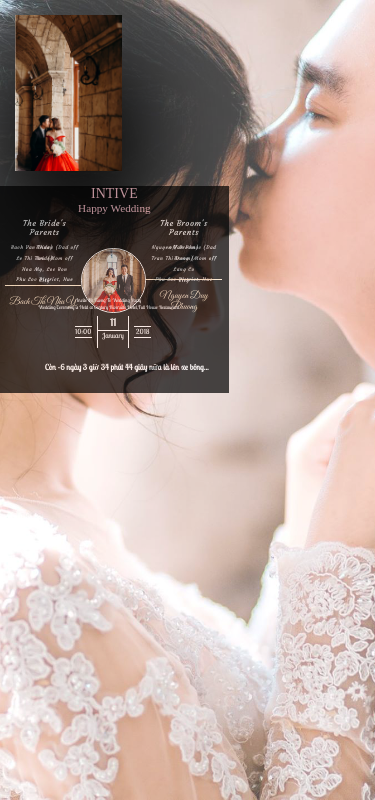
Repository: nguyenhuutuong999/WeddingOfSister
Page: wedding.html
These files come from the project's save history. The page is drawn as it stood at one moment and after the next save; the edit follows.
The browser window is 375 px wide. The pictures show the whole page.
Some web fonts or font styles are not loaded; a fallback is used.

Above is the page before, as saved 2019-09-16 20:47:04.

### wedding.html
<!doctype html>
<html>

<head>
    <meta charset="utf-8">
    <meta name="viewport" content="width=device-width, initial-scale=1">
    <title>Wedding</title>

    <!-- Latest compiled and minified CSS & JS -->

    <link rel="stylesheet" href="./style.css">


    <!-- Latest compiled and minified CSS & JS -->
    <link rel="stylesheet" media="screen" href="//netdna.bootstrapcdn.com/bootstrap/3.3.4/css/bootstrap.min.css">
    <script src="//code.jquery.com/jquery.js"></script>
    <script src="//netdna.bootstrapcdn.com/bootstrap/3.3.4/js/bootstrap.min.js"></script>

    <link rel="stylesheet" href="./animate.css">
    <script type="text/javascript" src="./wow.min.js"></script>
    <script>
        new WOW().init();
    </script>

</head>


<body>
    <div id="container">
        <div id="opacity-background"></div>

        <div id="album">

            <img name="image_vh" src="./images/vh1.jpg" class="wow slideInLeft" data-wow-duration="1s">
        </div>
        <div id="content">
            <h1 id="invite">INTIVE</h1>
            <h2 id="happy">Happy Wedding</h2>
            <div id="infor">
                <div id="bride" class="wedding">
                    <!-- // <label>Le Thi Thanh Ngan</label> -->
                    <h3>The Bride's Parents</h3>
                    <p>Bach Van Thuan (Dad off Bride)</p>
                    <p>Le Thi Tam (Mom off Bride)</p>
                    <p>Hoa My, Loc Bon</p>
                    <p>Phu Loc District, Hue City</p>

                </div>
                <div id="broom" class="wedding">
                    <!--  -->
                    <h3>The Broom's Parents</h3>
                    <p>Nguyen Van Phuoc (Dad off Broom)</p>
                    <p>Tran Thi Dung (Mom off Broom)</p>
                    <p>Lang Co</p>
                    <p>Phu Loc District, Hue City</p>

                </div>
                <!-- <canvas id="myCanvas" width="470" height="300"></canvas> -->

            </div>
            <div id="colorful">
                <h2 style="margin-left: 0px;" class="name">Bach Thi Nhu Y</h2>
                <img name="image_s" id="radius" src="./images/s1.jpg" class="wow zoomIn" data-wow-duration="1s" />
                <h2 style="margin-left: 0px;" class="name">Nguyen Duy Phuong</h2>
            </div>
            <div id="desc">
                <div style="color: white; position: relative; margin-top: 38%;">Invite Mr.Tuong To Wedding Party</div>
                <div id="place">Wedding Ceremony is Held at Century Riverside Hotel,Full House Restaurant</div>
                <div id="time">
                    <div id="hour" class="border1">10:00</div>
                    <div id="day-month">
                        <div id="day">11</div>
                        <div id="month">January</div>
                    </div>
                    <div id="year" class="border1">2018</div>
                </div>

            </div>
            <p id="countDown"></p>
        </div>

</body>

</html>
<script type="text/javascript">
    window.onload = function () {

        setTimeout("switchImageVH()", 3000);
        setTimeout("switchImageS()", 2000);
        setTimeout("switchImageHH()", 2000);
    }
    var current_vh = 1;
    var num_image_vh = 13;

    var current_s = 1;
    var num_image_s = 7

    var current_hh = 1;
    var num_image_hh = 9;

    function switchImageVH() {
        current_vh++;
        document.images['image_vh'].src = './images/vh' + current_vh + '.jpg';

        if (current_vh < num_image_vh) {
            setTimeout("switchImageVH()", 3000);

        } else if (current_vh == num_image_vh) {

            current_vh = 1;
            setTimeout("switchImageVH()", 3000);
        }


    }
    function switchImageS() {
        current_s++;
        document.images['image_s'].src = './images/s' + current_s + '.jpg';

        if (current_s < num_image_s) {
            setTimeout("switchImageS()", 4000);

        } else if (current_s == num_image_s) {
            current_s = 1;
            setTimeout("switchImageS()", 4000);
        }
    }
    function switchImageHH() {
        current_hh++;
        document.images['image_s'].src = './images/s' + current_hh + '.jpg';

        if (current_hh < num_image_s) {
            setTimeout("switchImageS()", 4000);

        } else if (current_hh == num_image_s) {
            current_hh = 1;
            setTimeout("switchImageS()", 4000);
        }
    }


    var dateWedding = {

        date: 10,
        hour: 23,
        minutes: 59,
        second: 59,
    }

    setInterval(function () {
        var today = new Date();
        var date = "Còn " + (dateWedding.date - today.getDate()) + " ngày " + (dateWedding.hour - today.getHours()) + " giờ " + (dateWedding.minutes - today.getMinutes()) + " phút " + (dateWedding.second - today.getSeconds() + " giây nữa là lên xe bông...");
        document.getElementById("countDown").innerHTML = date;
    }, 1000);



    // var canvas = document.getElementById('myCanvas');
    // var context = canvas.getContext('2d');

    // // Xác đinh tâm là trọng tâm của Canvas
    // var x = canvas.width / 2;
    // var y = canvas.height / 2;

    // // bán kính 75px
    // var radius = 130;

    // // Góc bắt đầu là 1.1PI
    // var startAngle = 1.1 * Math.PI;

    // // Góc kết thúc là 1.9PI
    // var endAngle = 1.9 * Math.PI;

    // // Cùng chiều kim đồng hồ
    // var counterClockwise = false;

    // // Vẽ đường cung
    // context.beginPath();
    // context.arc(x, y, radius, startAngle, endAngle, counterClockwise);
    // context.lineWidth = 1.5;

    // // line color
    // context.strokeStyle = 'blanchedalmond';
    // context.stroke();


</script>

### style.css
@import url('https://fonts.googleapis.com/css?family=Great+Vibes&display=swap');
@import url('https://fonts.googleapis.com/css?family=Cookie&display=swap');
@import url('https://fonts.googleapis.com/css?family=Courgette&display=swap');
@import url('https://fonts.googleapis.com/css?family=Berkshire+Swash|Great+Vibes&display=swap');
@import url('https://fonts.googleapis.com/css?family=Lobster+Two&display=swap');
body,html{
    top:0;
    margin: 0;
    padding: 0;
    font-family: Impact, Haettenschweiler, 'Arial Narrow Bold', sans-serif;
    width: 100%;
    height: 100%;
}

#container{
    display: flex;
    background-image: url("./images/wedding6.jpg.png");
    background-repeat: repeat;
    background-size: cover;
    width: 100%;
    height: 100%;
    position: relative;
}
#opacity-background{

    position: absolute;
    top: 0;
    left: 0;
    width: 100%;
    height: 100%;
    background:white;
    opacity: 0.3;

}

#content{

    position: relative;
    background: rgb(0, 0, 0);
    opacity: 0.7;
    width: 59%;
    margin: 4% 1% 4% 0;

}
#album {
    width: 30%;
    position: relative;
    margin: 4% 1% 4% 4%;
}
#album img{

    width: 95%;
    box-shadow: 10px 50px 100px 10px black;
}

#invite{
    font-family: 'Berkshire Swash', cursive;
    color: pink;
    text-align: center;
    font-size: 40px;
}
#happy{
    font-family: 'Berkshire Swash', cursive;
    color: pink;
    text-align: center;
}
#infor{
    color: white;
    font-family: 'Courgette', cursive;
    font-size: 10px;
    display: flex;
    position: absolute;
    padding: 10px 50px;
    width: 100%;
}
.wedding{
    width: calc(100%/2);
    letter-spacing: 2px;
    text-align: center;
    line-height: 5px;
}
#colorful{
    color: white;
    font-family: 'Great Vibes', cursive;
    display: flex;
    margin-top: 0px;
    position: absolute;
    text-align: center;
    width: 95%;
    align-items: center;
    margin-top: 50px;
    margin-left: 2%;

}
.name{
    border-style: solid;
    border-width: 1px 0 0 0;
    padding:  20px 0;
    margin-top: 50px;
    color: blanchedalmond;
    width: 35%;
    font-size: 25px;
}
#radius{
    border-radius: 100%;
    border: solid 1.5px white;
    width: 30%;
}

#desc{
    position: relative;
    color: white;
    font-family: 'Lobster Two', cursive;
    font-size: 20px;
    margin-top: 00%;
    text-align: center;
    width: 95%;
}



#time{
    display: flex;
    position: relative;
    width: 40%;
    margin-left: 41%;
}
#hour{
    margin: 40px 5px;
}

#year{

    margin: 40px 5px;
}
.border1{
    border-style: solid;
    border-width: 0.1px 0;
    width: 50px;
}
#day-month{
    border-style: solid;
    border-width: 0 1.5px;
    width: 90px;
    margin: 20px 0;
}
#day{
    border-style: solid;
    border-width: 0 0 1px 0;
    width: 89px;

    font-size: 30px;
    font-weight: bold;
}
/* #myCanvas{
    position: absolute;
    margin-top: 110px;
    margin-left: 185px;


} */

#bride{
    margin-left: 10px;
}
#broom{
    margin-left: 200px;
}
#countDown{
    position: relative;
    font-family: 'Lobster Two', cursive;
    color: white;
    text-align: right;
    font-size: 20px;
    font-weight: bold;
    margin-top: 0%;

    padding: 20px;
}

@media only screen and (max-width: 600px) {

    #container{
        display: inline-block;
        background-image: url("./images/wedding5.jpg");
        background-repeat: repeat;
        background-size: cover;
        width: 100%;
        height: 100%;
        position: relative;
    }
    #invite{
        margin-top: 5px;
        font-size: 1em;
    }
    #happy{
        font-size: 0.8em;
        margin-top: -10px;
    }
    #infor{
        margin-top: -30px;
        font-size: 5px;
        padding: 5px 10px;
    }
    .wedding h3{
        font-size: 8px;
    }
    .wedding{
        width: calc(100%);
        letter-spacing: 0.5px;
        font-size:5px;
        line-height: 0.5px;
    }
    #album img{

        width: 90%;
        box-shadow: 10px 50px 100px 10px black;
    }
    #bride{
        margin-left: 0px;
    }
    #broom{
        margin-left: 70px;
    }
    #colorful{
        width: 95%;
        margin-top: 5px;
        margin-left: 2%;

    }
    .name{
        padding:  10px 0;
        font-size: 10px;
    }
    #radius{
        border: solid 0.5px white;
    }

    #desc{
        position: relative;
        color: white;
        font-family: 'Lobster Two', cursive;
        font-size: 5px;
        margin-top: 30%;
        text-align: center;
        width: 95%;
    }

    #time{
        display: flex;
        position: relative;
        width: 40%;
        margin-left: 32%;
        margin-top: -30px;
        font-size: 7px;
    }
    #hour{
        margin: 45px 5px;
    }

    #year{

        margin: 45px 5px;
    }

    #day-month{
        border-width: 0 1px;
        width: 90px;
        margin: 35px 0;
    }
    #day{
        width: 100%;
        font-size: 10px;

    }
    #countDown{

        font-size: 8px;
        margin-top: -18%;

    }
    #content{

        position: relative;
        background: rgb(0, 0, 0);
        opacity: 0.7;
        width: 61%;
        margin: 4% 1px 0% 0;

    }
    #album {
        width: 30%;
        position: relative;
        margin: 4% 1% 4% 4%;
    }
    #album img{

        width: 95%;
        box-shadow: 10px 50px 100px 10px black;
    }
  }

/* @media only screen and (max-width: 600px) {
    #invite{
        margin-top: 5px;
        font-size: 1em;
    }
    #happy{
        font-size: 0.8em;
        margin-top: -10px;
    }
    #infor{
        margin-top: -30px;
        font-size: 5px;
        padding: 5px 10px;
    }
    .wedding h3{
        font-size: 8px;
    }
    .wedding{
        width: calc(100%);
        letter-spacing: 0.5px;
        font-size:5px;
        line-height: 0.5px;
    }
    #album img{

        width: 90%;
        box-shadow: 10px 50px 100px 10px black;
    }
    #bride{
        margin-left: 0px;
    }
    #broom{
        margin-left: 70px;
    }
    #colorful{
        width: 95%;
        margin-top: 5px;
        margin-left: 2%;

    }
    .name{
        padding:  10px 0;
        font-size: 10px;
    }
    #radius{
        border: solid 0.5px white;
    }

    #desc{
        position: relative;
        color: white;
        font-family: 'Lobster Two', cursive;
        font-size: 5px;
        margin-top: 30%;
        text-align: center;
        width: 95%;
    }

    #time{
        display: flex;
        position: relative;
        width: 40%;
        margin-left: 32%;
        margin-top: -30px;
        font-size: 7px;
    }
    #hour{
        margin: 45px 5px;
    }

    #year{

        margin: 45px 5px;
    }

    #day-month{
        border-width: 0 1px;
        width: 90px;
        margin: 35px 0;
    }
    #day{
        width: 100%;
        font-size: 10px;

    }
    #countDown{

        font-size: 8px;
        margin-top: -18%;

    }#content{

        position: relative;
        background: rgb(0, 0, 0);
        opacity: 0.7;
        width: 61%;
        margin: 4% 1px 0% 0;

    }
    #album {
        width: 30%;
        position: relative;
        margin: 4% 1% 4% 4%;
    }
    #album img{

        width: 95%;
        box-shadow: 10px 50px 100px 10px black;
    }
  } */

Loaded but not shown: animate.css (library); wow.min.js (library)

After the next save:
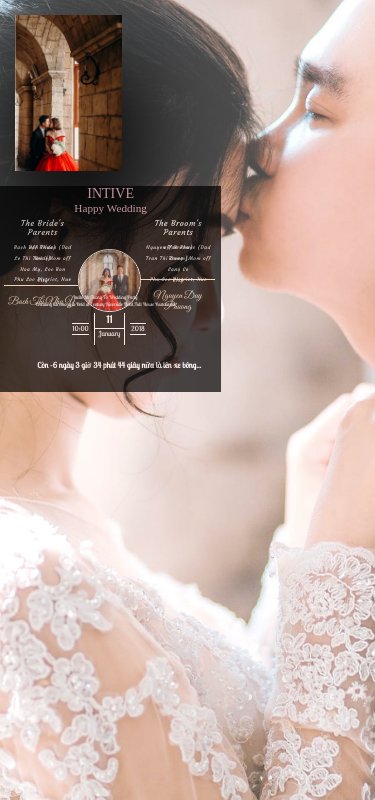
Saved 7 s later.
--- a/style.css
+++ b/style.css
@@ -284,8 +284,8 @@ body,html{
         position: relative;
         background: rgb(0, 0, 0);
         opacity: 0.7;
-        width: 61%;
-        margin: 4% 1px 0% 0;
+        width: 59%;
+        margin: 4% 1% 4% 0;
 
     }
     #album {
